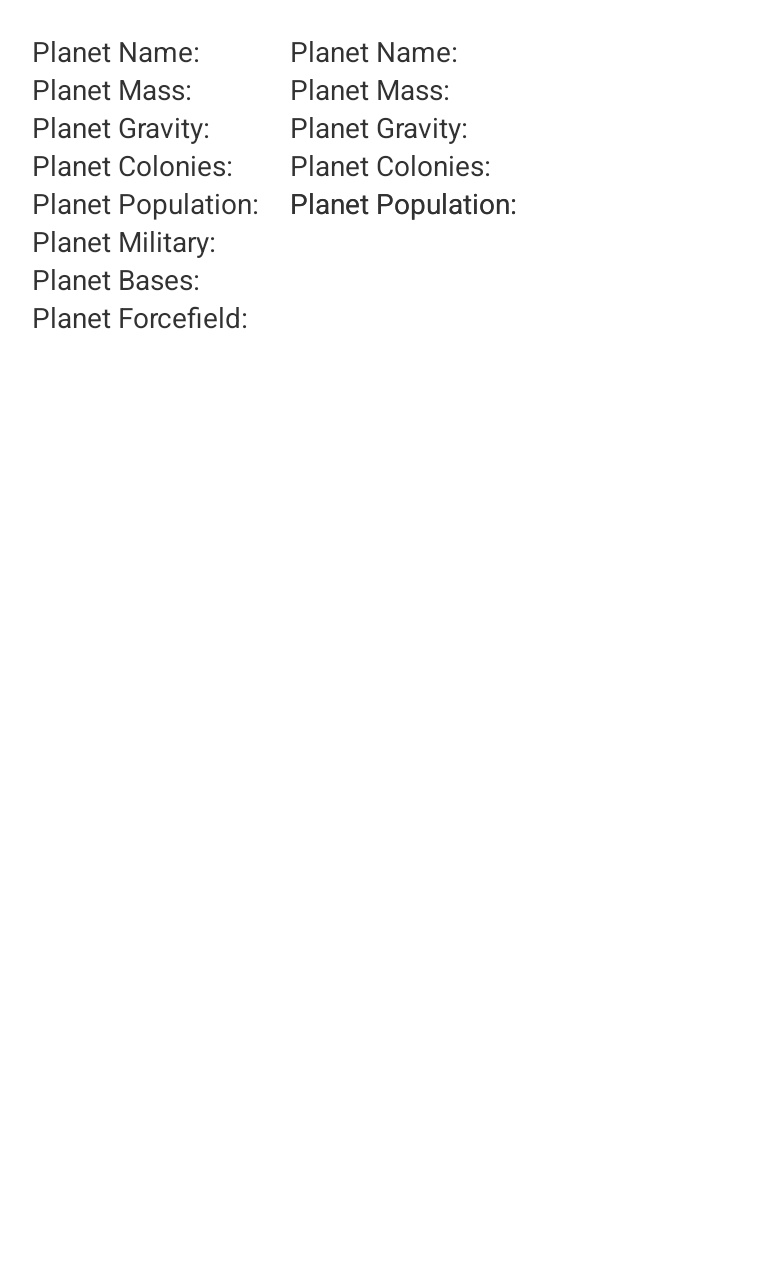
Repository: blender-head/android_basic
Layout: Hello_World/res/layout/activity_main.xml
The author's editor kept a copy of each file at every save. The layout is drawn from the files as they stood at one save, then again after the next save.
It is drawn on a 768 x 1280 px phone screen (xhdpi) without system bars, with theme AppTheme; the app's code is not run. The app's manifest (not shown) leaves right-to-left support off. So textAlignment, textDirection and layoutDirection are ignored, and left and right values win over start and end ones.

Above is the layout before, as saved 2013-12-31 15:31:51.

### Hello_World/res/layout/activity_main.xml
<RelativeLayout xmlns:android="http://schemas.android.com/apk/res/android"
    xmlns:tools="http://schemas.android.com/tools"
    android:layout_width="match_parent"
    android:layout_height="match_parent"
    android:paddingBottom="@dimen/activity_vertical_margin"
    android:paddingLeft="@dimen/activity_horizontal_margin"
    android:paddingRight="@dimen/activity_horizontal_margin"
    android:paddingTop="@dimen/activity_vertical_margin"
    tools:context=".MainActivity" >

	<TextView
        android:id="@+id/textView1"
        android:layout_width="wrap_content"
        android:layout_height="wrap_content"
        android:text="@string/planet_name_label" />

	<TextView
        android:id="@+id/dataView1"
        android:layout_toRightOf="@+id/textView1"
        android:layout_marginLeft="45dip"
        android:layout_width="wrap_content"
        android:layout_height="wrap_content"
        android:text="@string/planet_name_label" />

	<TextView
        android:id="@+id/textView2"
        android:layout_below="@+id/textView1"
        android:layout_width="wrap_content"
        android:layout_height="wrap_content"
        android:text="@string/planet_mass_label" />

	<TextView
        android:id="@+id/dataView2"
        android:layout_toRightOf="@+id/textView2"
        android:layout_alignStart="@+id/dataView1"
        android:layout_below="@+id/dataView1"
        android:layout_width="wrap_content"
        android:layout_height="wrap_content"
        android:text="@string/planet_mass_label" />

	<TextView
        android:id="@+id/textView3"
        android:layout_below="@+id/textView2"
        android:layout_width="wrap_content"
        android:layout_height="wrap_content"
        android:text="@string/planet_gravity_label" />

	<TextView
        android:id="@+id/dataView3"
        android:layout_toRightOf="@+id/textView3"
        android:layout_alignStart="@+id/dataView2"
        android:layout_below="@+id/dataView2"
        android:layout_width="wrap_content"
        android:layout_height="wrap_content"
        android:text="@string/planet_gravity_label" />

	<TextView
        android:id="@+id/textView4"
        android:layout_below="@+id/textView3"
        android:layout_width="wrap_content"
        android:layout_height="wrap_content"
        android:text="@string/planet_colonies_label" />

	<TextView
        android:id="@+id/dataView4"
        android:layout_toRightOf="@+id/textView4"
        android:layout_alignStart="@+id/dataView3"
        android:layout_below="@+id/dataView3"
        android:layout_width="wrap_content"
        android:layout_height="wrap_content"
        android:text="@string/planet_colonies_label" />

	<TextView
        android:id="@+id/textView5"
        android:layout_below="@+id/textView4"
        android:layout_width="wrap_content"
        android:layout_height="wrap_content"
        android:text="@string/planet_population_label" />

	<TextView
        android:id="@+id/dataView5"
        android:layout_toRightOf="@+id/textView5"
        android:layout_alignStart="@+id/dataView4"
        android:layout_below="@+id/dataView4"
        android:layout_width="wrap_content"
        android:layout_height="wrap_content"
        android:text="@string/planet_population_label" />

	<TextView
        android:id="@+id/textView6"
        android:layout_below="@+id/textView5"
        android:layout_width="wrap_content"
        android:layout_height="wrap_content"
        android:text="@string/planet_military_label" />

	<TextView
        android:id="@+id/dataView5"
        android:layout_toRightOf="@+id/textView5"
        android:layout_alignStart="@+id/dataView4"
        android:layout_below="@+id/dataView4"
        android:layout_width="wrap_content"
        android:layout_height="wrap_content"
        android:text="@string/planet_population_label" />

	<TextView
        android:id="@+id/textView7"
        android:layout_below="@+id/textView6"
        android:layout_width="wrap_content"
        android:layout_height="wrap_content"
        android:text="@string/planet_bases_label" />

	<TextView
        android:id="@+id/textView8"
        android:layout_below="@+id/textView7"
        android:layout_width="wrap_content"
        android:layout_height="wrap_content"
        android:text="@string/planet_forcefield_label" />

</RelativeLayout>

### Hello_World/res/values/strings.xml
<?xml version="1.0" encoding="utf-8"?>
<resources>

    <string name="app_name">Hello_World</string>
    <string name="action_settings">Settings</string>
    <string name="hello_world">Hello world!</string>

    <string name="planet_name_label">Planet Name: </string>
	<string name="planet_mass_label">Planet Mass: </string>
	<string name="planet_gravity_label">Planet Gravity: </string>
	<string name="planet_colonies_label">Planet Colonies: </string>
	<string name="planet_population_label">Planet Population: </string>
	<string name="planet_military_label">Planet Military: </string>
	<string name="planet_bases_label">Planet Bases: </string>
	<string name="planet_forcefield_label">Planet Forcefield: </string>

</resources>

Loaded but not shown: Hello_World/res/values/styles.xml (common file); Hello_World/res/values-v11/styles.xml (common file); Hello_World/res/values-v14/styles.xml (common file); Hello_World/res/values/dimens.xml (common file)

After the next save:
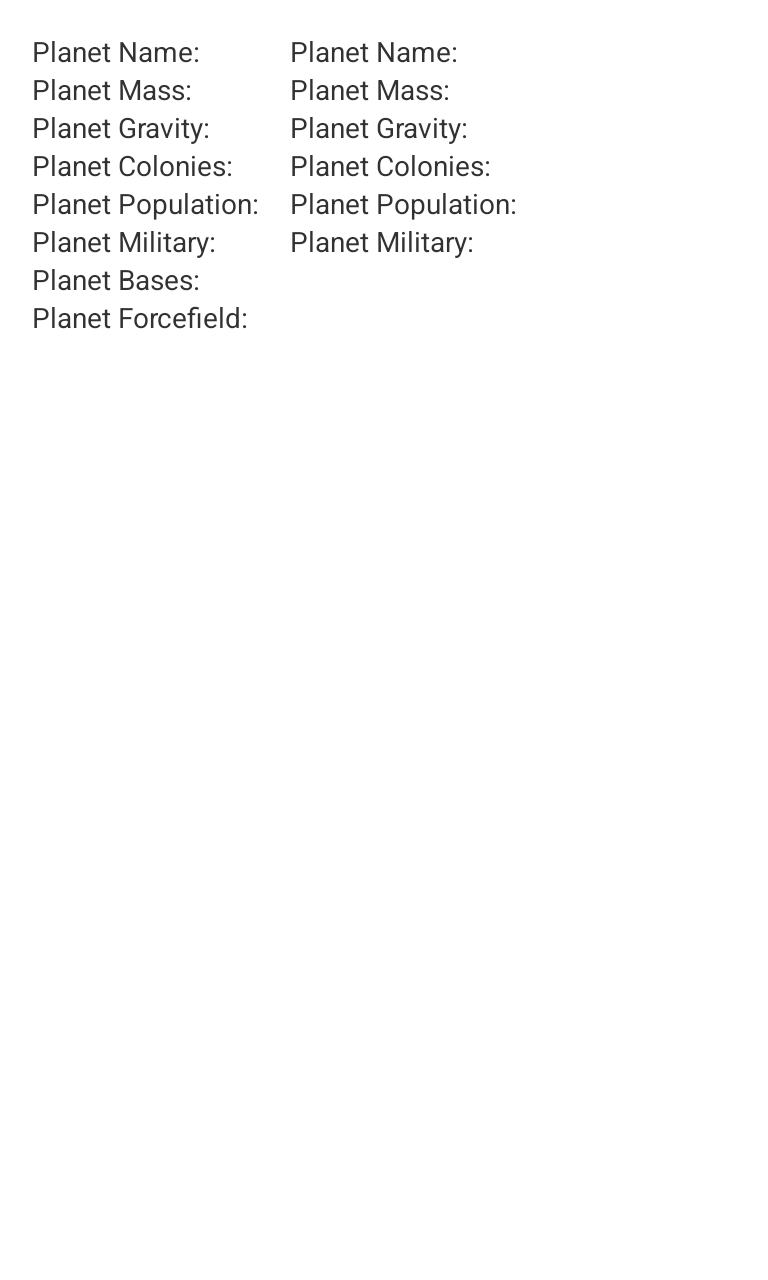
Saved 21 s later.
--- a/Hello_World/res/layout/activity_main.xml
+++ b/Hello_World/res/layout/activity_main.xml
@@ -94,13 +94,13 @@
         android:text="@string/planet_military_label" />
 
 	<TextView
-        android:id="@+id/dataView5"
-        android:layout_toRightOf="@+id/textView5"
-        android:layout_alignStart="@+id/dataView4"
-        android:layout_below="@+id/dataView4"
+        android:id="@+id/dataView6"
+        android:layout_toRightOf="@+id/textView6"
+        android:layout_alignStart="@+id/dataView5"
+        android:layout_below="@+id/dataView5"
         android:layout_width="wrap_content"
         android:layout_height="wrap_content"
-        android:text="@string/planet_population_label" />
+        android:text="@string/planet_military_label" />
 
 	<TextView
         android:id="@+id/textView7"
